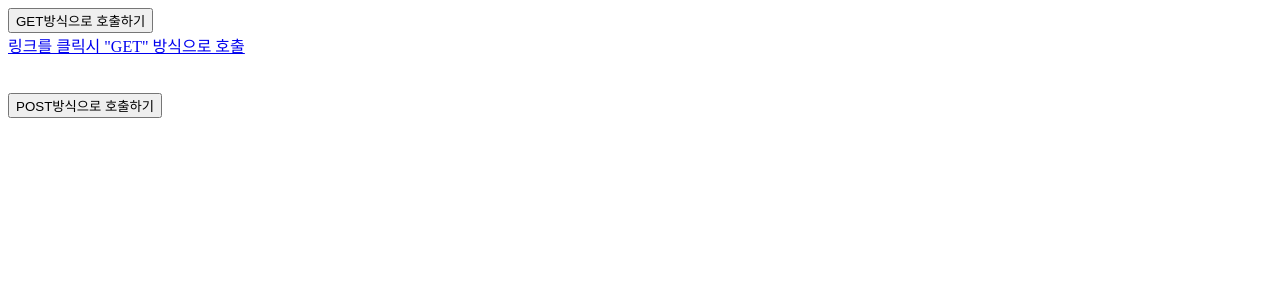
Repository: Namseonyeong/Java-Study-Project
Page: http://localhost/01.servlet-basic/01_method.jsp
These files come from the project's save history. The page is drawn as it stood at one moment and after the next save; the edit follows.
The browser window is 1280 px wide. The pictures show the whole page.
The page is served by Tomcat 9.

Above is the page before, as saved 2022-05-18 13:41:56.

After the next save:
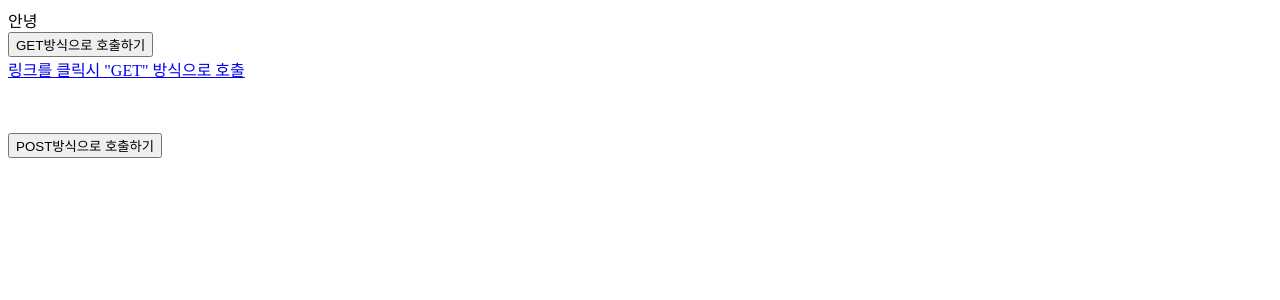
Saved 85 min 14 s later.
--- a/01.servlet-basic/src/main/webapp/01_method.jsp
+++ b/01.servlet-basic/src/main/webapp/01_method.jsp
@@ -1,3 +1,4 @@
+안녕
 <%@ page language="java" contentType="text/html; charset=UTF-8"
     pageEncoding="UTF-8"%>
 <!DOCTYPE html>
@@ -7,6 +8,7 @@
 <title>GET, POST 전송방식 테스트</title>
 </head>
 <body>
+
    <form method="get" action="MethodServlet">
       <input type="submit" value="GET방식으로 호출하기"><br>
       <a href="MethodServlet">링크를 클릭시 "GET" 방식으로 호출</a>
